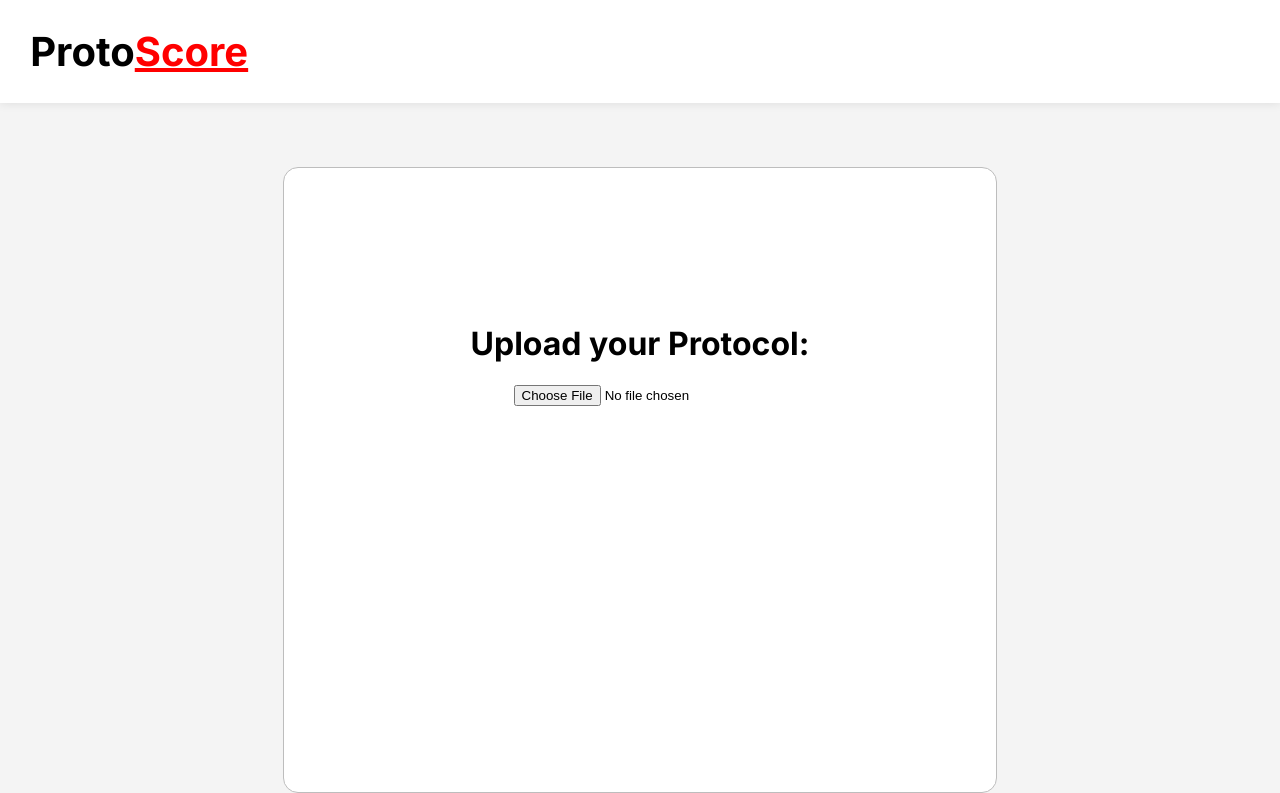
Repository: evanc108/Regeneron2024
Page: / (app in regeneron/)
The author's editor kept a copy of each file at every save. The page is drawn from the files as they stood at one save, then again after a run of saves.
The browser window is 1280 px wide. The pictures show the whole page.
The project was rebuilt for these pictures with package versions that can differ from the ones it lists, and the page was loaded fresh each time.

Above is the page before, as saved 2024-05-14 01:58:11.

### regeneron/src/App.js
import './App.css';
import React, { useState } from 'react';
import Feedback from './pages/Feedback';


function App() {
  return (
    <div className="App">
      <div style={{backgroundColor: "white", width: "100%", padding: "0.2px", boxShadow: "0px 0px 10px rgba(0, 0, 0, 0.1)"}}>
        <h1 style={{ marginLeft: "30px", fontSize: "40px", textAlign: "left"}}>
          <span style={{color: "black"}}>Proto</span>
          <span style={{color: "red", textDecoration: "underline"}}>Score</span>
        </h1>
      </div>


      {/* <input value={inputValue} onChange={handleChange}></input>
      <button onClick={sendRequest}>Click me</button>
      <div>
        <p>Physical Burden: {burden.physical}</p>
        <p>Logistical Burden: {burden.logistical}</p>
        <p>Financial: {burden.financial}</p>
        <p>Psychological Burden: {burden.psychological}</p>
      </div> */}
      <Feedback></Feedback>
    </div>
  );
}

export default App;

### regeneron/src/App.css
.App {
  text-align: center;
  background-color: #f4f4f4;
  margin: 0;
}

body {
  font-family: 'Inter', sans-serif;
  margin: 0;
  padding: 0;
}

.App-logo {
  height: 40vmin;
  pointer-events: none;
}

@media (prefers-reduced-motion: no-preference) {
  .App-logo {
    animation: App-logo-spin infinite 20s linear;
  }
}

.App-header {
  background-color: #282c34;
  min-height: 100vh;
  display: flex;
  flex-direction: column;
  align-items: center;
  justify-content: center;
  font-size: calc(10px + 2vmin);
  color: white;
}

.App-link {
  color: #61dafb;
}

@keyframes App-logo-spin {
  from {
    transform: rotate(0deg);
  }
  to {
    transform: rotate(360deg);
  }
}

### regeneron/src/pages/Feedback.js
import React, { useState } from 'react';
import '../styles/feedback.css';
import { handleExtraction } from '../openAIServices';
import { PropagateLoader } from 'react-spinners';

function Feedback() {
    const [fileUploaded, setFileUploaded] = useState(false);
    const [loading, setLoading] = useState(false);
    const [burden, setBurden] = useState({});
    const [pdfUrl, setPdfUrl] = useState("");

    const handleFileUpload = async (text) => {
        setLoading(true);
        // Uncomment and use when API is connected
        // const response = await handleExtraction(text);
        // setBurden(response);
        setFileUploaded(true);
        setLoading(false);
    };

    function extractText(event) {
        const file = event.target.files[0];
        if (file) {
            const url = URL.createObjectURL(file);
            setPdfUrl(url);
            setFileUploaded(true);

            const reader = new FileReader();
            reader.onload = async (e) => {
                const text = await reader.result;
                console.log(text);
                handleFileUpload(text);
            };
            reader.readAsText(file);
        }
    }

    return (
        <div className="feedback-container">
            <div className="protocol-container">
                {!fileUploaded && !loading && (
                    <div>
                        <h1>Upload your Protocol:</h1>
                        <input
                            type="file"
                            accept=".pdf"
                            onChange={extractText}
                        />
                    </div>
                )}
                {loading && (
                    <div style={{ marginTop: "30px" }}>
                        <h2>Calculating Burden...</h2>
                        <PropagateLoader color="#36d7b7" />
                    </div>
                )}
                {fileUploaded && !loading && (
                    <div className="iframe-container">
                        <iframe src={pdfUrl} style={{ width: '100%', height: '100%' }}></iframe>
                    </div>
                )}
            </div>
            {fileUploaded && !loading && (
                <div className="score-container">
                    <div>
                        <p style={{ fontSize: '17px', fontWeight: '300', marginBottom: '-3px' }}>Burden Score</p>
                        <span style={{ fontSize: '50px', fontWeight: '600' }}>{burden.score || 'N/A'}</span>
                    </div>
                </div>
            )}
        </div>
    );
}

export default Feedback;

### regeneron/src/styles/feedback.css
.feedback-container {
    display: flex;
    flex-direction: row;
    justify-content: center;
}

.protocol-container {
    border-color: rgb(189, 189, 189);
    border-width: 1px;
    border-style: solid;
    padding-left: 100px;
    padding-right: 100px;
    width: 40%;
    height: 68vh;
    margin-top: 5%;
    border-radius: 15px;
    background-color: white;
    overflow: hidden;
    padding-top: 10.5%;
}

.score-container {
    border-color: rgb(189, 189, 189);
    border-width: 1px;
    border-style: solid;
    padding: 100px;
    width: 10%;
    height: 65.3vh;
    margin-top: 5%;
    border-radius: 15px;
    background-color: white;
    margin-left: 30px;
}

.score {
    font-size: large;
}

.unique-score {
    font-size: 86px;
    font-weight: 500;
}


.iframe-container {
    top: -28%;
    width: 130%;
    left: -15%;
    height: 150%;  /* Adjust height as needed */
    overflow: hidden;
    position: relative;
}

Loaded but not shown: regeneron/public/index.html (common file); regeneron/src/index.js (common file); regeneron/src/openAIServices.js (no copy from this time; the picture is the same without it)

After the next 2 saves:
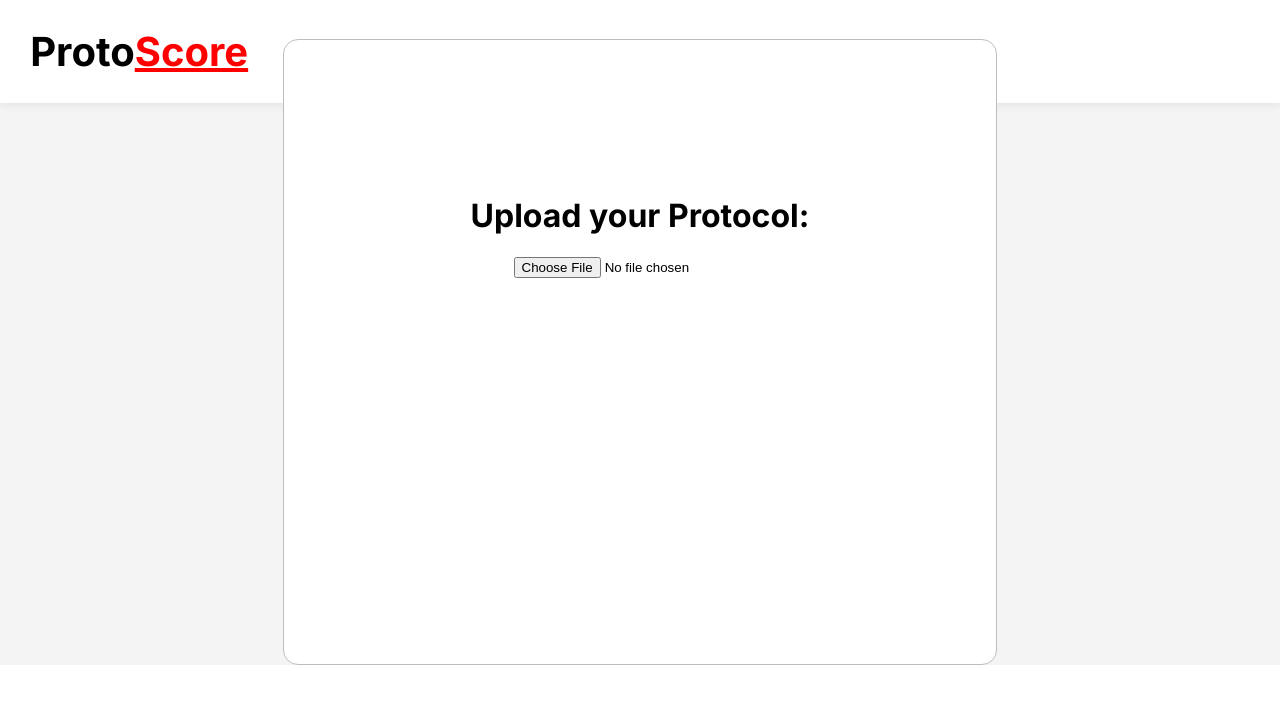
The 2 saves are shown as one change because they came seconds apart.
The last was saved 76 s later.
--- a/regeneron/src/styles/feedback.css
+++ b/regeneron/src/styles/feedback.css
@@ -2,6 +2,7 @@
     display: flex;
     flex-direction: row;
     justify-content: center;
+    margin-top: -10%;
 }
 
 .protocol-container {
